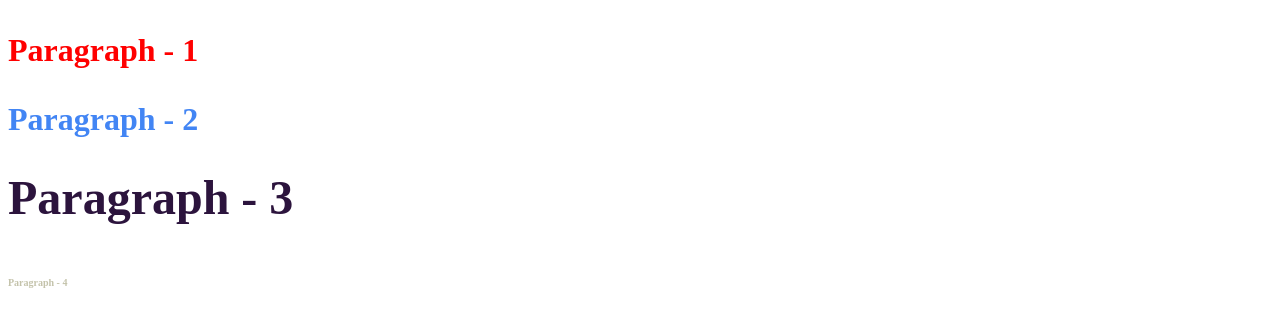
Repository: linas-dev/HTML-CSS-Projects
Page: Basic_HTML_and_JavaScript_1/Basic_HTML_1.html
An editor plug-in stored every save of this project. The page is shown before and after a run of saves, followed by the edit.
The browser window is 1280 px wide. The pictures show the whole page.

Above is the page before, as saved 2021-05-26 22:24:33.

After the next 3 saves:
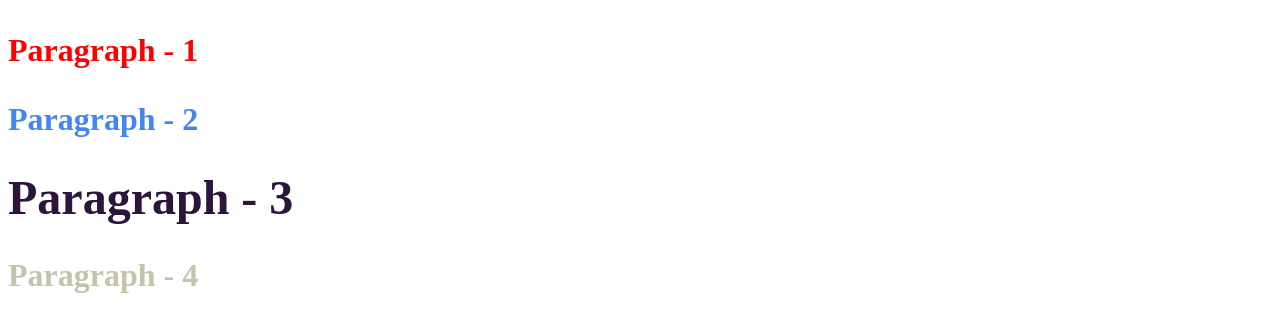
The 3 saves are shown as one change because they came seconds apart.
The last was saved 10 s later.
--- a/Basic_HTML_and_JavaScript_1/Basic_HTML_1.html
+++ b/Basic_HTML_and_JavaScript_1/Basic_HTML_1.html
@@ -10,7 +10,7 @@
     <h1><p><font color="red">Paragraph - 1</font></p></h1>
     <h1><p><font color="#4285F4">Paragraph - 2</font></p></h1>
     <h1><p><font color="#2C143D" face="Pattaya" size="8">Paragraph - 3</font></p></h1>
-    <h1><p><font color="#C4C3AB" face="ZCOOL KuaiLe" size="1">Paragraph - 4</font></p></h1>
+    <h1><p><font color="#C4C3AB" face="ZCOOL KuaiLe" size="6">Paragraph - 4</font></p></h1>
     <script src="Basic_JavaScript_1.js"></script>
 </body>
 </html>
